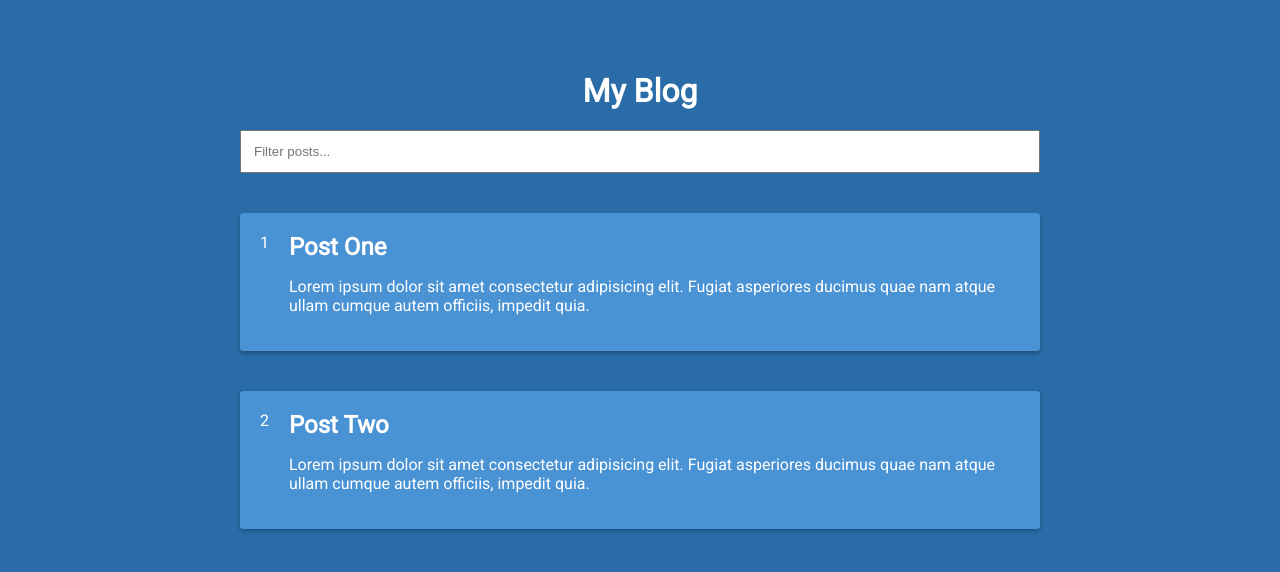
Repository: Youvelop/infiniteScroll
Page: index.html
These files come from the project's save history. The page is drawn as it stood at one moment and after the next save; the edit follows.
The browser window is 1280 px wide. The pictures show the whole page.

Above is the page before, as saved 2020-06-30 17:38:12.

After the next save:
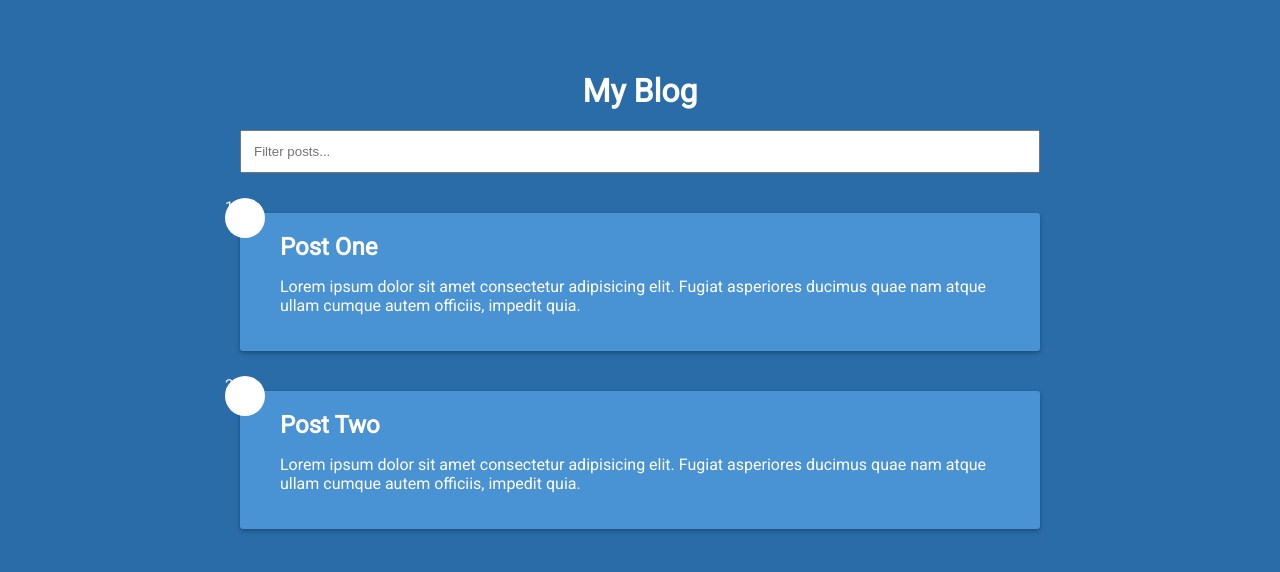
Saved 87 s later.
--- a/style.css
+++ b/style.css
@@ -56,3 +56,14 @@ h1 {
 .post .post-info {
   margin-left: 20px;
 }
+
+.post .number {
+  position: absolute;
+  top: -15px;
+  left: -15px;
+  font-size: 15px;
+  width: 40px;
+  height: 40px;
+  border-radius: 50%;
+  background: #fff;
+}
